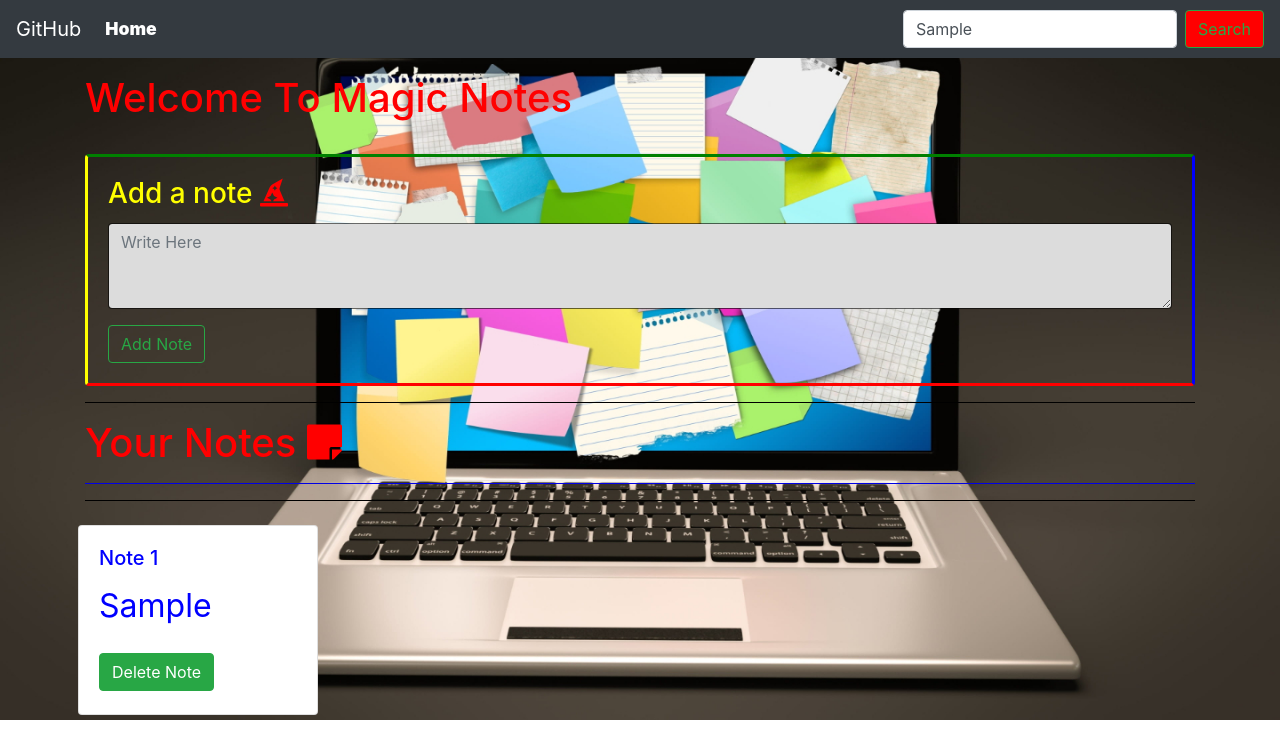
Repository: Prrajainn/Project-MagiCNotes
Page: magicNotes.html
The author's editor kept a copy of each file at every save. The page is drawn from the files as they stood at one save, then again after a run of saves.
The browser window is 1280 px wide. The pictures show the whole page.
Empty fields were first filled with sample values (such as "Sample", 5 or name@example.com).
After loading, the first visible `#addBtn` was clicked once.

Above is the page before, as saved 2020-08-11 21:38:13.

After the next 2 saves:
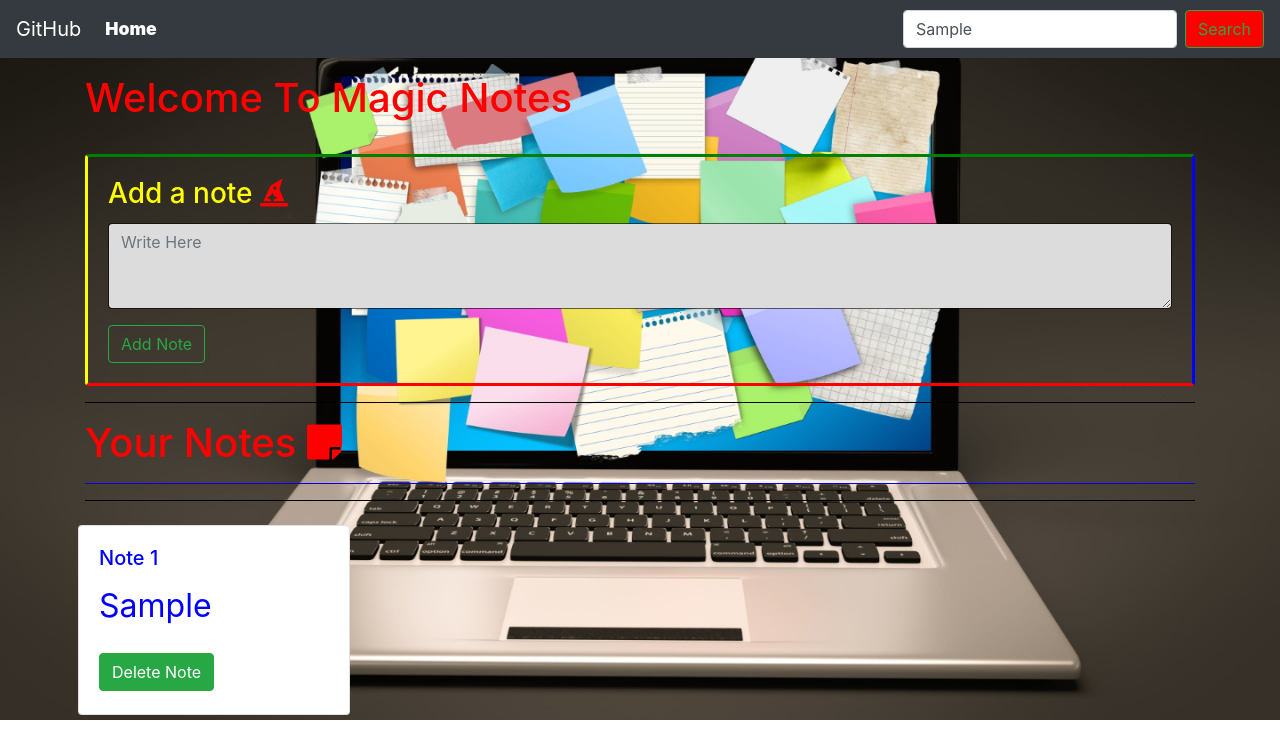
The 2 saves are shown as one change because they came seconds apart.
The last was saved 21 s later.
--- a/app.js
+++ b/app.js
@@ -32,7 +32,7 @@ function showNotes() {
   let html = "";
   notesObj.forEach(function(element, index) { // element maane andar ka content
     html += `
-            <div class="noteCard my-2 mx-2 card " style="width: 15rem;">
+            <div class="noteCard my-2 mx-2 card " style="width: 17rem;">
                     <div class="card-body">
                         <h5 class="card-title">Note ${index + 1}</h5>
                         <p class="card-text"> ${element}</p>
